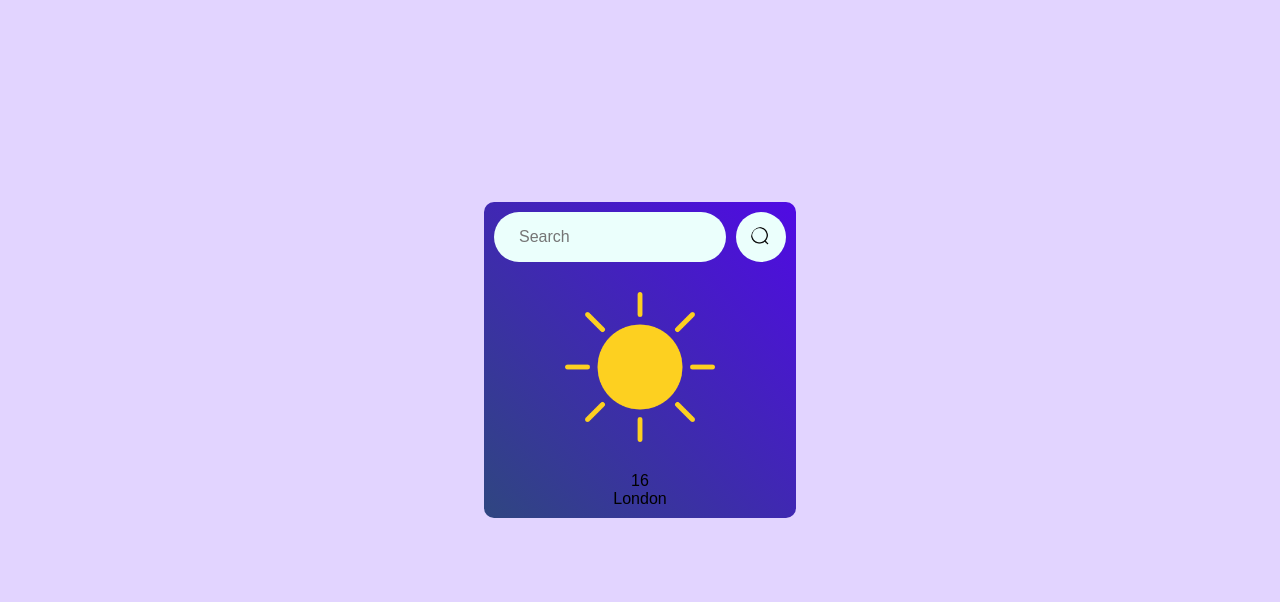
Repository: wakoya-tech/wheather-app
Page: /
The author's editor kept a copy of each file at every save. The page is drawn from the files as they stood at one save, then again after the next save.
The browser window is 1280 px wide. The pictures show the whole page.
The project was rebuilt for these pictures with package versions that can differ from the ones it lists, and the page was loaded fresh each time. Also part of the build but not shown: vite.config.js, src/App.css.

Above is the page before, as saved 2025-10-18 01:07:15.

### index.html
<!DOCTYPE html>
<html lang="en">
  <head>
    <meta charset="UTF-8" />
    <link rel="icon" type="image/svg+xml" href="/vite.svg" />
    <meta name="viewport" content="width=device-width, initial-scale=1.0" />
    <title>Weather App - wakoCode</title>
  </head>
  <body>
    <div id="root"></div>
    <script type="module" src="/src/main.jsx"></script>
  </body>
</html>

### src/App.jsx
import { useState } from 'react'
import Weather from './Components/Weather'

import './App.css'

function App() {
 return(
 <div className='App'>

<Weather/>

 </div>

 )

}

export default App

### src/index.css

*{
    margin: 0;
    padding: 0;
    box-sizing: border-box;
    font-family: "poppins",sans-serif;
}
.App {
    min-height: 100vh;
    display: grid;
    background: #e2d4ff;
}

### src/Components/Weather.jsx
import React from 'react';
import './Weather.css';
import search_icon from '../assets/Search.png';
/*import rain from '../assets/Rain.png';
import cloud from '../assets/Cloud.png';*/
import clear from '../assets/Clear.png';
/*import drizzle from '../assets/Drizzle.png';
import snow from '../assets/Snow.png';
import humidity from '../assets/Humidity.png';
*/
function Weather() {
  return (
    <div className='weather'>
      <div className="search-bar">
        <input type="text" placeholder='Search' />
        <img  src={search_icon} alt="Search" />

      </div>
       <img src={clear} alt="" className='weather-icon'/>
        <p>16</p>
        <p>London</p>
    </div>
  );
}

export default Weather;

### src/Components/Weather.css
.weather{
place-self: center;
padding: 10px;
border-radius: 10px;
background-image: linear-gradient(45deg,#2f4680,#500ae4);
display: flex;
flex-direction: column;
align-items: center;
}
.search-bar{
    display: flex;
    align-items: center;
    gap: 10px;
}
.search-bar input{
   height: 50px;
    font-size: 16px;
    border-radius: 40px;
    padding-left: 25px;
    border: none;
    outline: none;
    color: #626262;
    background: #ebfffc;
}
.search-bar img{
  width: 50px;
  padding: 15px;
    border-radius: 50%;
    background: #ebfffc;
  cursor: pointer;
}
.weather-icon {
    width: 150px;
    margin: 30px 0;
}
.temperature{
    color: #fff;
    font-size: 80px;
    line-height: 1;
}
.location{
    color: #fff;
    font-size: 40px;
}

Loaded but not shown: src/main.jsx (common file)

After the next save:
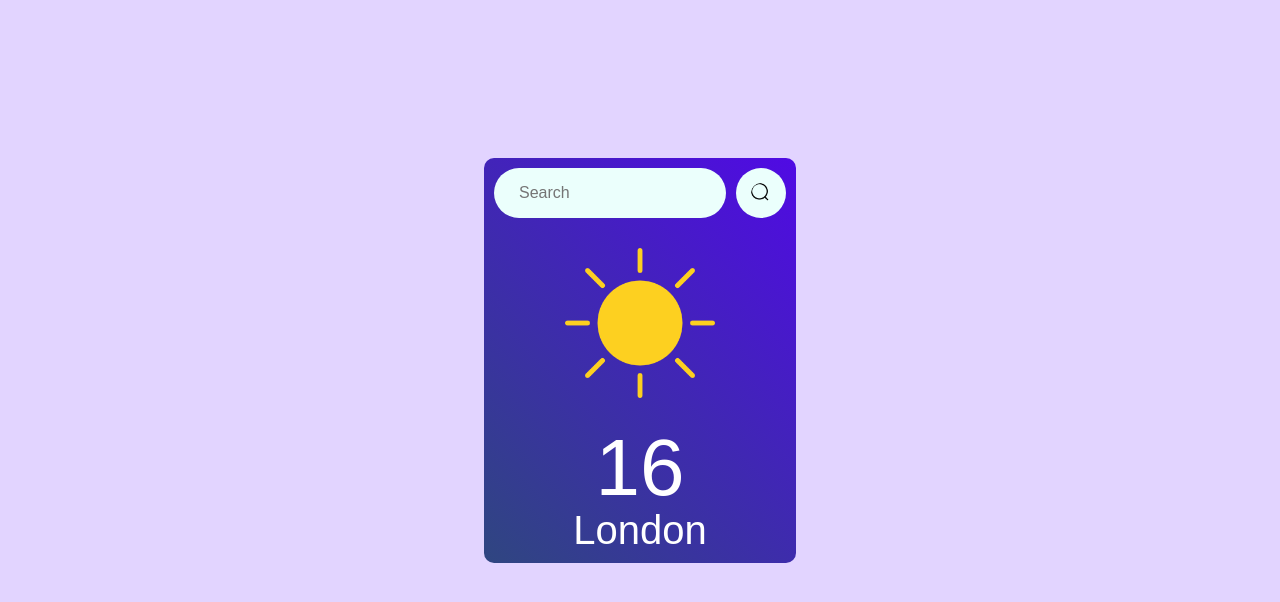
Saved 43 s later.
--- a/src/Components/Weather.jsx
+++ b/src/Components/Weather.jsx
@@ -17,8 +17,8 @@ function Weather() {
 
       </div>
        <img src={clear} alt="" className='weather-icon'/>
-        <p>16</p>
-        <p>London</p>
+        <p className='temperature'>16</p>
+        <p className='location'>London</p>
     </div>
   );
 }
